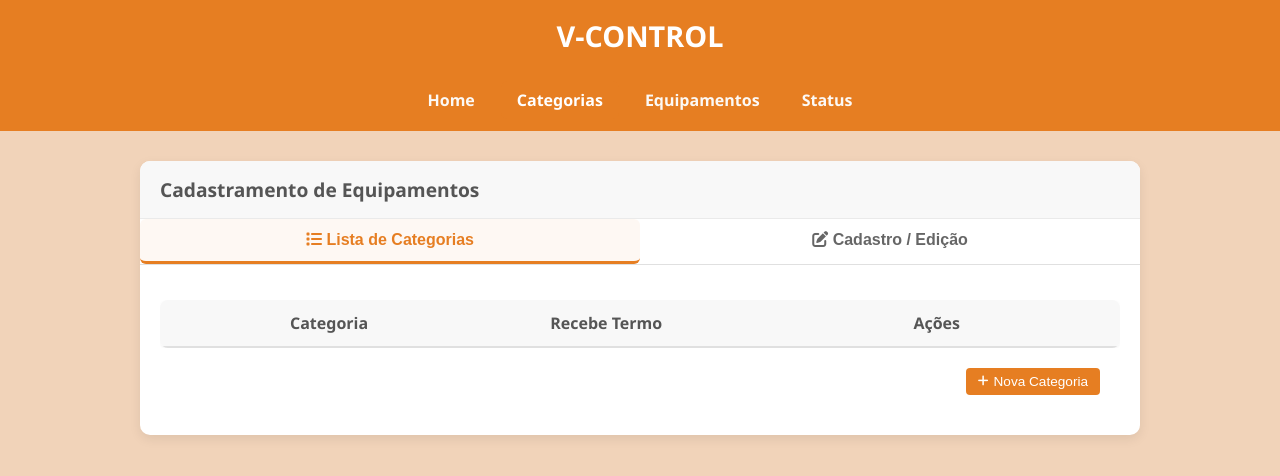
Repository: davyjales/inventario-TI
Page: categorias.html
These files come from the project's save history. The page is drawn as it stood at one moment and after the next save; the edit follows.
The browser window is 1280 px wide. The pictures show the whole page.
The page's requests for data from a server got no answer.

Above is the page before, as saved 2025-08-17 21:48:14.

### categorias.html
<!DOCTYPE html>
<html lang="pt-BR">
<head>
  <meta charset="UTF-8" />
  <meta name="viewport" content="width=device-width, initial-scale=1" />
  <title>V-CONTROL</title>
  <link rel="stylesheet" href="css/style.css" />
  <style>
    body {
      font-family: 'Segoe UI', Roboto, 'Helvetica Neue', sans-serif;
      background-color: #f5f7fa;
      margin: 0;
      padding: 0;
      color: #333;
    }

    /* Cabeçalho - mantido conforme o print */
    header {
      background-color: #e67e22;
      color: white;
      padding: 1rem;
      text-align: center;
    }
    header h1 {
      margin: 0;
      font-size: 1.8rem;
      font-weight: 600;
    }

    /* Navegação - mantida conforme o print */
    nav {
      display: flex;
      justify-content: center;
      background-color: #e67e22;
      border-bottom: 2px solid #e67e22;
      padding: 10px 0;
      gap: 10px;
    }
    nav a {
      text-decoration: none;
      color: #fcf9f6;
      font-weight: 600;
      padding: 8px 16px;
      border-radius: 6px;
      transition: all 0.3s ease;
    }
    nav a:hover,
    nav a.active {
      background-color: #e67e22;
      color: white;
    }

    /* Área principal */
    main {
      max-width: 1000px;
      margin: 30px auto;
      padding: 0;
      background: white;
      border-radius: 10px;
      box-shadow: 0 4px 12px rgba(0,0,0,0.08);
      overflow: hidden;
    }

    /* Título da seção */
    .section-title {
      padding: 15px 20px;
      margin: 0;
      background-color: #f8f8f8;
      border-bottom: 1px solid #eaeaea;
      font-size: 1.2rem;
      color: #555;
    }

    /* Tabs - design aprimorado */
    .tabs {
      display: flex;
      margin: 0;
      border-bottom: 1px solid #e0e0e0;
    }
    .tab-button {
      flex: 1;
      padding: 12px 20px;
      cursor: pointer;
      background-color: transparent;
      border: none;
      border-bottom: 3px solid transparent;
      font-weight: 600;
      color: #666;
      transition: all 0.3s ease;
      position: relative;
    }
    .tab-button.active {
      color: #e67e22;
      border-bottom-color: #e67e22;
      background-color: rgba(230, 126, 34, 0.05);
    }
    .tab-button:hover:not(.active) {
      color: #333;
      background-color: #f5f5f5;
    }

    /* Conteúdo das abas */
    .tab-content {
      display: none;
      padding: 20px;
    }
    .tab-content.active {
      display: block;
    }

    /* Tabela - design profissional */
    .table-container {
      overflow-x: auto;
      margin-top: 15px;
    }
    table {
      width: 100%;
      border-collapse: separate;
      border-spacing: 0;
      border-radius: 8px;
      overflow: hidden;
      box-shadow: 0 1px 3px rgba(0,0,0,0.05);
    }
    th {
      background-color: #f8f8f8;
      color: #555;
      font-weight: 600;
      border-bottom: 2px solid #e0e0e0;
      padding: 12px 15px;
    }
    th.categoria, td.categoria {
      text-align: left;
      padding-left: 150px;
    }
    th.recebe-termo, td.recebe-termo {
      text-align: left;
      padding-left: 70px;
    }
    th.acoes, td.acoes {
      text-align: right;
      padding-left: 150px;
      white-space: nowrap;
    }
    td {
      padding: 12px 15px;
      border-bottom: 1px solid #f0f0f0;
      vertical-align: middle;
    }
    tr:last-child td {
      border-bottom: none;
    }
    tr:hover {
      background-color: #f9f9f9;
    }
    tr:nth-child(even) {
      background-color: #fcfcfc;
    }
    tr:hover {
      background-color: #f5f5f5;
    }

    /* Botões de ação na tabela */
    .action-buttons {
      display: flex;
      gap: 8px;
    }
    .btn {
      padding: 6px 12px;
      border: none;
      border-radius: 4px;
      cursor: pointer;
      font-weight: 500;
      font-size: 0.85rem;
      transition: all 0.2s ease;
      display: inline-flex;
      align-items: center;
      gap: 5px;
    }
    .btn i {
      font-size: 0.9em;
    }
    .btn-primary {
      background-color: #e67e22;
      color: white;
    }
    .btn-primary:hover {
      background-color: #d35400;
      transform: translateY(-1px);
    }
    .btn-outline {
      background-color: transparent;
      border: 1px solid #ddd;
      color: #666;
    }
    .btn-outline:hover {
      background-color: #f5f5f5;
      color: #333;
    }
    .btn-danger {
      background-color: #e74c3c;
      color: white;
    }
    .btn-danger:hover {
      background-color: #c0392b;
    }

    /* Botão de nova categoria */
    .btn-add {
      margin-top: 20px;
      padding: 10px 20px;
      background-color: #e67e22;
      color: white;
      border: none;
      border-radius: 6px;
      font-weight: 600;
      cursor: pointer;
      transition: all 0.2s ease;
      display: inline-flex;
      align-items: center;
      gap: 8px;
    }
    .btn-add:hover {
      background-color: #d35400;
      box-shadow: 0 2px 8px rgba(230, 126, 34, 0.3);
    }

    /* Formulário */
    .form-container {
      max-width: 700px;
      margin: 0 auto;
      padding: 20px;
    }
    .form-header {
      margin-bottom: 20px;
      padding-bottom: 10px;
      border-bottom: 1px solid #eee;
    }
    .form-header h2 {
      margin: 0;
      color: #333;
    }
    form label {
      display: block;
      margin-bottom: 8px;
      font-weight: 500;
      color: #555;
    }
    form input[type="text"],
    form input[type="checkbox"],
    form textarea,
    form select {
      width: 100%;
      padding: 10px 12px;
      margin-bottom: 15px;
      border: 1px solid #ddd;
      border-radius: 4px;
      font-size: 0.95rem;
      transition: border 0.3s ease;
    }
    form input[type="text"]:focus,
    form textarea:focus,
    form select:focus {
      border-color: #e67e22;
      outline: none;
      box-shadow: 0 0 0 2px rgba(230, 126, 34, 0.2);
    }
    .checkbox-container {
      display: flex;
      align-items: center;
      gap: 10px;
      margin-bottom: 15px;
    }
    .checkbox-container input[type="checkbox"] {
      width: auto;
      margin: 0;
    }
    .form-actions {
      display: flex;
      justify-content: flex-end;
      gap: 10px;
      margin-top: 25px;
      padding-top: 15px;
      border-top: 1px solid #eee;
    }
    .form-section {
      margin-bottom: 25px;
      padding-bottom: 15px;
      border-bottom: 1px solid #f0f0f0;
    }
    .form-section h3 {
      margin-top: 0;
      color: #444;
    }

    /* Campos dinâmicos */
    .field-item {
      display: flex;
      gap: 10px;
      margin-bottom: 10px;
      align-items: center;
    }
    .field-item input {
      flex: 1;
    }
    .field-item button {
      background-color: #e74c3c;
      color: white;
      border: none;
      border-radius: 4px;
      padding: 5px 10px;
      cursor: pointer;
    }

    /* Responsividade */
    @media (max-width: 768px) {
      nav {
        flex-wrap: wrap;
        padding: 8px;
      }
      nav a {
        padding: 6px 12px;
        font-size: 0.9rem;
      }
      .tabs {
        flex-direction: column;
      }
      .tab-button {
        text-align: left;
        border-bottom: 1px solid #e67e22;
        border-left: 3px solid transparent;
      }
      .tab-button.active {
        border-left-color: #e67e22;
        border-bottom-color: #eee;
      }
    }

    /* Added styles for status-like buttons */
    .status-actions {
      display: flex;
      gap: 10px;
    }

    .status-btn {
      background: none;
      border: none;
      cursor: pointer;
      font-size: 16px;
      padding: 5px;
      border-radius: 4px;
      transition: all 0.2s;
      font-family: "Font Awesome 6 Free";
      font-weight: 900;
    }

    .status-btn:hover {
      background-color: rgba(0, 0, 0, 0.05);
    }

    .edit-btn {
      color: #b9610f;
      background-color: #f5e6d3;
    }

    .edit-btn:hover {
      background-color: #e6cfa8;
    }

    .delete-btn {
      color: #dc3545;
      background-color: #f8d7da;
    }

    .delete-btn:hover {
      background-color: #e4a1a8;
    }
  </style>
  <link rel="stylesheet" href="https://cdnjs.cloudflare.com/ajax/libs/font-awesome/6.0.0/css/all.min.css">
</head>
<body>
  <header>
    <h1>V-CONTROL</h1>
  </header>

  <nav>
    <a href="index.html">Home</a>
    <a href="categorias.html" class="active">Categorias</a>
    <a href="cadastroEquipamentos.html">Equipamentos</a>
    <a href="status.html">Status</a>
  </nav>

  <main>
    <h2 class="section-title">Cadastramento de Equipamentos</h2>

    <div class="tabs">
      <button class="tab-button active" data-tab="tab-lista">
        <i class="fas fa-list"></i> Lista de Categorias
      </button>
      <button class="tab-button" data-tab="tab-form">
        <i class="fas fa-edit"></i> Cadastro / Edição
      </button>
    </div>

    <section id="tab-lista" class="tab-content active">
      <div class="table-container">
        <table>
          <thead>
            <tr>
              <th style="text-align: left; padding-left: 130px;">Categoria</th>
              <th style="text-align: left; padding-left: 40px;">Recebe Termo</th>
              <th style="text-align: right; padding-right: 160px;">Ações</th>
            </tr>
          </thead>
          <tbody id="categorias-tbody">
            <!-- Exemplo de dados - serão substituídos pelo JavaScript -->
          </tbody>
        </table>
      </div>
      <div style="text-align: right; margin-top: 20px; padding: 0 20px 20px;">
        <button id="btn-nova-categoria" class="btn btn-primary">
          <i class="fas fa-plus"></i> Nova Categoria
        </button>
      </div>
    </section>

    <section id="tab-form" class="tab-content">
      <div class="form-container">
        <div class="form-header">
          <h2 id="form-titulo"><i class="fas fa-plus-circle"></i> Nova Categoria</h2>
        </div>
        <form id="categoria-form">
          <div class="form-section">
            <label for="nome-categoria">
              Categoria:
            </label>
            <input type="text" id="nome-categoria" name="nome" required
                  placeholder="Digite o nome da nova categoria"
                  style="width: 100%; padding: 10px; border-radius: 4px; border: 1px solid #ddd;">
          </div>

          <div class="form-section">
            <div class="checkbox-container">
              <input type="checkbox" id="recebe-termo" name="recebe_termo" />
              <label for="recebe-termo" style="margin: 0;">Recebe Termo</label>
            </div>
          </div>

          <div class="form-section">
            <h3><i class="fas fa-list-ul"></i> Campos da Categoria</h3>
            <div id="campos-container">
              <!-- Campos serão adicionados dinamicamente -->
            </div>
            <button type="button" id="btn-adicionar-campo" class="btn btn-outline" style="margin-top:10px;">
              <i class="fas fa-plus"></i> Adicionar Campo
            </button>
          </div>

          <div class="form-actions">
            <button type="button" id="btn-cancelar" class="btn btn-primary" style="min-width: 120px; height: 38px; margin-right: 10px; background-color: #e67e22; border-color: #e67e22; vertical-align: middle; margin-top: 23px;">
              <i class="fas fa-times"></i> Cancelar
            </button>
            <button type="submit" id="btn-salvar" class="btn btn-primary" style="min-width: 120px; height: 38px; vertical-align: middle;">
              <i class="fas fa-save"></i> Salvar
            </button>
          </div>
        </form>
      </div>
    </section>
  </main>

  <script src="js/cadastroCategorias.js"></script>
  <script src="js/cadastroCategoriasTabs.js"></script>
</body>
</html>

### css/style.css
/* Existing styles are preserved */

/* Styles for additional fields in category creation */
#campos-adicionais-container {
  margin-top: 10px;
}

.campo-adicional-item {
  display: flex;
  align-items: center;
  gap: 10px;
  margin-bottom: 5px;
}

.campo-adicional-item input[type="text"] {
  flex: 1;
  padding: 6px 8px;
  border: 1px solid #ccc;
  border-radius: 4px;
}

.campo-adicional-item input[type="checkbox"] {
  width: 18px;
  height: 18px;
  cursor: pointer;
}

#btn-adicionar-campo {
  background-color: #b9610f;
  color: white;
  border: none;
  padding: 5px 10px;
  border-radius: 4px;
  cursor: pointer;
}

#btn-adicionar-campo:hover {
  background-color: #a0500d;
}

.btn-remover-campo {
  background-color: #e74c3c;
  color: white;
  border: none;
  padding: 2px 8px;
  border-radius: 4px;
  cursor: pointer;
}

.btn-remover-campo:hover {
  background-color: #c0392b;
}

/* Styles for additional fields in equipment registration */
#campos-adicionais-equipamento > div {
  margin-bottom: 10px;
}

#campos-adicionais-equipamento label {
  font-weight: bold;
  display: block;
  margin-bottom: 4px;
}

#campos-adicionais-equipamento input[type="text"] {
  width: 100%;
  padding: 6px 8px;
    box-shadow: 0 2px 8px rgba(0, 0, 0, 0.2);
    position: relative;
    z-index: 1;
}

.page-section {
    display: none;
    font-family: 'Segoe UI', Tahoma, Geneva, Verdana, sans-serif;
    max-width: 1200px;
    margin: 20px auto;
    padding: 25px;
    background-color: #fff;
    border-radius: 10px;
    box-shadow: 0 4px 12px rgba(0, 0, 0, 0.08);
}

.page-section.active {
    display: block;
}

/* === RESET === */
body {
    font-family: Arial, sans-serif;
    margin: 0;
    padding: 0;
    background-color: #f4f4f4;
    /* background-image: url('../images/visteon-bg.jpg.jpg'); */
    background-size: cover;
    background-position: center;
    background-repeat: no-repeat;
    position: relative;
    z-index: 0;
}

body::before {
    content: "";
    position: fixed;
    top: 0;
    left: 0;
    width: 100%;
    height: 100%;
    background-color: rgba(230, 126, 34, 0.3);
    z-index: -1;
}

/* === HEADER === */
header {
    background-color: #e67e22;
    color: white;
    padding: 1rem;
    text-align: center;
}

.nav-menu {
    list-style: none;
    padding: 0;
    margin: 0;
    display: flex;
    justify-content: center;
    background-color: transparent;
}

.nav-menu li {
    margin: 0 1rem;
}

.nav-menu li a {
    color: white;
    text-decoration: none;
    font-weight: bold;
    padding: 0.5rem 1rem;
    border-radius: 4px;
    transition: background-color 0.3s ease;
}

.nav-menu li a.active,
.nav-menu li a:hover {
    background-color: #d35400;
}

/* === MAIN === */
main {
    max-width: 900px;
    margin: 2rem auto;
    padding: 1rem;
    background-color: rgba(255, 255, 255, 0.95);
    border-radius: 8px;
    box-shadow: 0 2px 8px rgba(0, 0, 0, 0.2);
    position: relative;
    z-index: 1;
}

.page-section {
    display: none;
}

.page-section.active {
    display: block;
}

/* === HOME === */
#home h2 {
    text-align: center;
    color: black;
}

.home-functions {
    display: flex;
    gap: 1rem;
    justify-content: center;
    margin-top: 2rem;
}

.home-functions button {
    padding: 1rem 2rem;
    font-size: 1rem;
    cursor: pointer;
    background-color: black;
    color: white;
    border: none;
    border-radius: 6px;
    transition: background-color 0.3s ease;
}

.home-functions button:hover {
    background-color: #333;
}

/* === EQUIPAMENTOS === */
.equipment-list {
    display: grid;
    grid-template-columns: repeat(auto-fill, minmax(250px, 1fr));
    gap: 1rem;
    margin-top: 1rem;
}

.equipment-list > div {
    background-color: #fff;
    padding: 1rem;
    border-radius: 6px;
    box-shadow: 0 1px 3px rgba(0, 0, 0, 0.1);
    cursor: pointer;
    transition: transform 0.2s, background-color 0.2s;
}

.equipment-list > div:hover {
    transform: translateY(-3px);
    background-color: #f9f9f9;
}

.equipment-list h3 {
    margin: 0 0 0.5rem;
    font-size: 1.1rem;
    color: #e67e22;
}

.equipment-list p {
    margin: 0;
    font-size: 0.9rem;
    color: #444;
}

.equipment-details {
    background-color: #fff;
    padding: 1rem;
    border-radius: 6px;
    box-shadow: 0 2px 6px rgba(0, 0, 0, 0.1);
}

.hidden {
    display: none;
}

/* === FORMULÁRIOS === */
form label {
    display: block;
    margin-top: 1rem;
    font-weight: bold;
    color: #333;
}

form input[type="text"],
form textarea,
form select,
form input[type="file"] {
    width: 100%;
    padding: 0.5rem;
    margin-top: 0.25rem;
    border: 1px solid #ccc;
    border-radius: 4px;
    box-sizing: border-box;
    background-color: white;
}

form button[type="submit"] {
    margin-top: 1.5rem;
    padding: 0.75rem 1.5rem;
    background-color: #e67e22;
    color: white;
    border: none;
    border-radius: 6px;
    cursor: pointer;
    font-size: 1rem;
}

form button[type="submit"]:hover {
    background-color: #d35400;
}

.termo-options {
    display: flex;
    gap: 2rem;
    margin-top: 0.5rem;
}

#categoria-lista {
    list-style: none;
    padding: 0;
    margin-top: 1rem;
}

#categoria-lista li {
    background-color: #fff;
    margin-bottom: 0.5rem;
    padding: 0.5rem 1rem;
    border-radius: 4px;
    box-shadow: 0 1px 3px rgba(0, 0, 0, 0.1);
}
#categoria-lista li span {
    font-weight: bold;
    color: #e67e22;
}

/* === TABELA DE USUÁRIOS === */
.user-table {
    width: 100%;
    border-collapse: collapse;
    margin-top: 2rem;
    background-color: #fff;
    box-shadow: 0 2px 6px rgba(0, 0, 0, 0.1);
    border-radius: 8px;
    overflow: hidden;
}

.user-table thead {
    background-color: #e67e22;
    color: white;
}

.user-table thead th {
    padding: 1rem;
    text-align: left;
    font-weight: bold;
    border-bottom: 2px solid #d35400;
}

.user-table tbody td  {
    padding: 0.75rem 0.75rem;
    border-bottom: 1px solid #eee;
    color: #333;
}

.user-table tbody tr:hover {
    background-color: #f9f9f9;
}

.user-table td .action-btn .checkbox{
    display: inline-flex;
    align-items: center;
    justify-content: center;
    margin: 0.2rem;
    padding: 0.75rem 0.75rem;
    font-size: 0.85rem;
    font-weight: bold;
    border: none;
    border-radius: 5px;
    cursor: pointer;
    color: white;
    transition: all 0.3s ease;
    min-width: 140px;
    text-align: center;
    box-shadow: 0 2px 4px rgba(0, 0, 0, 0.1);
}

.btn-admin {
    background-color: #3498db;
}
.btn-admin:hover {
    background-color: #2980b9;
}

.btn-auth {
    background-color: #27ae60;
}
.btn-auth:hover {
    background-color: #1e8449;
}

/*.btn-delete {
    background-color: #e74c3c;
}
.btn-delete:hover {
    background-color: #c0392b;
} */
.btn-inventariante {
  background-color: #f39c12;
}
.btn-inventariante:hover {
  background-color: #d68910;
}/*
.btn-password {
    background-color: #8e44ad;
}*/

.modal {
  position: fixed;
  top: 0; left: 0;
  width: 100vw; height: 100vh;
  background: rgba(0, 0, 0, 0.4);
  display: flex; justify-content: center; align-items: center;
  z-index: 999;
}
.modal-content {
  background: white;
  padding: 2rem;
  border-radius: 8px;
  max-width: 400px;
  width: 90%;
  box-shadow: 0 2px 10px rgba(0,0,0,0.3);
}
.modal-buttons {
  margin-top: 1rem;
  display: flex;
  gap: 1rem;
  justify-content: flex-end;
}
.hidden {
  display: none !important;
}

.centralizado {
  text-align: center;
  vertical-align: middle;
}

/* === NAVIGATION DROPDOWN MENU === */
.nav-dropdown {
  position: relative;
}

.dropdown-menu {
  position: absolute;
  top: 100%;
  left: 0;
  background-color: #e67e22;
  list-style: none;
  padding: 0.5rem 0;
  margin: 0;
  opacity: 0;
  visibility: hidden;
  transition: opacity 0.3s ease;
  border-radius: 0 0 6px 6px;
  min-width: 180px;
  z-index: 10;
}

.dropdown-menu li {
  margin: 0;
}

.dropdown-menu li a {
  display: block;
  padding: 0.5rem 1rem;
  color: white;
  text-decoration: none;
  font-weight: normal;
  transition: background-color 0.3s ease;
}

.dropdown-menu li a:hover {
  background-color: #d35400;
}

.nav-dropdown:hover .dropdown-menu {
  opacity: 1;
  visibility: visible;
}

/* ===== ESTILOS DA ABA DE HISTÓRICO ===== */

/* Controles de abas */
.tab-buttons {
  display: flex;
  margin: 20px 0 15px 0;
  border-bottom: 1px solid #ddd;
}

.tab-btn {
  padding: 10px 20px;
  background: #f5f5f5;
  border: none;
  border-radius: 5px 5px 0 0;
  cursor: pointer;
  margin-right: 5px;
  font-weight: 600;
  transition: all 0.3s ease;
}

.tab-btn:hover {
  background: #e0e0e0;
}

.tab-btn.active {
  background: #b9610f;
  color: white;
}

/* Abas */
.report-tab,
.history-tab {
  display: none;
}

.report-tab.active,
.history-tab.active {
  display: block;
}

/* Barra de pesquisa do histórico */
.history-search {
  display: flex;
  gap: 10px;
  margin-bottom: 15px;
  flex-wrap: wrap;
  align-items: center;
}

.history-search input,
.history-search select {
  padding: 8px 12px;
  border: 1px solid #ddd;
  border-radius: 4px;
  font-size: 14px;
}

.history-search button {
  padding: 8px 15px;
  background: #b9610f;
  color: white;
  border: none;
  border-radius: 4px;
  cursor: pointer;
  transition: background 0.3s;
}

/* Detalhes das alterações */
.change-details {
  font-size: 13px;
}

.change-details ul {
  margin: 0;
  padding-left: 18px;
}

.change-details li {
  margin-bottom: 3px;
}

/* Responsividade */
@media (max-width: 768px) {
  .history-search {
    flex-direction: column;
    align-items: stretch;
  }

  .history-search input,
  .history-search select,
  .history-search button {
    width: 100%;
  }

  .tab-buttons {
    overflow-x: auto;
    white-space: nowrap;
    display: block;
    padding-bottom: 5px;
  }

  .tab-btn {
    display: inline-block;
    margin-bottom: 5px;
  }
}

/* Estilos para listas editáveis */
.editable-list {
  list-style: none;
  padding: 0;
  margin: 0;
  width: 100%; /* Garante que a lista ocupe toda a largura */
}

/* Estilo para os itens da lista */
.editable-list li {
  display: flex;
  justify-content: space-between;
  align-items: center;
  padding: 12px 15px;
  margin-bottom: 8px;
  background-color: #f8f9fa;
  position: relative; /* Necessário para o pseudo-elemento */
  width: 100%; /* Ocupa toda a largura disponível */
  box-sizing: border-box; /* Inclui padding na largura total */
}

/* Borda lateral usando pseudo-elemento */
.editable-list li::before {
  content: '';
  position: absolute;
  left: 0;
  top: 0;
  bottom: 0;
  width: 3px;
  background-color: #b9610f;
  border-radius: 3px 0 0 3px;
}

/* Estilo para as ações (ícones) */
.editable-actions {
  display: flex;
  gap: 10px;
  margin-left: 10px;
}

/* Estilo para o container principal */

.editable-actions button {
  background: none;
  border: none;
  cursor: pointer;
  font-size: 16px;
  padding: 5px;
  border-radius: 4px;
  transition: all 0.2s;
}

.editable-actions button:hover {
  background-color: #f0f0f0;
}


/* Modal de edição */
.modal {
  position: fixed;
  top: 0;
  left: 0;
  width: 100%;
  height: 100%;
  background-color: rgba(0, 0, 0, 0.5);
  display: flex;
  justify-content: center;
  align-items: center;
  z-index: 1000;
}

.modal-content {
  background-color: white;
  padding: 25px;
  border-radius: 8px;
  width: 90%;
  max-width: 500px;
  max-height: 80vh;
  overflow-y: auto;
}

.modal-input {
  width: 100%;
  padding: 10px;
  margin: 10px 0;
  border: 1px solid #ddd;
  border-radius: 4px;
}

.modal-buttons {
  display: flex;
  justify-content: flex-end;
  gap: 10px;
  margin-top: 20px;
}

.btn-primary {
  background-color: #b9610f;
  color: white;
  border: none;
  padding: 8px 16px;
  border-radius: 4px;
  cursor: pointer;
}

.btn-cancel {
  background-color: #6c757d;
  color: white;
  border: none;
  padding: 8px 16px;
  border-radius: 4px;
  cursor: pointer;
}

.btn-add-field {
  background-color: #28a745;
  color: white;
  border: none;
  padding: 6px 12px;
  border-radius: 4px;
  cursor: pointer;
  margin-top: 10px;
  font-size: 14px;
}

.campo-adicional-item {
  display: flex;
  align-items: center;
  gap: 10px;
  margin-bottom: 10px;
  padding: 8px;
  background-color: #f8f9fa;
  border-radius: 4px;
}

.campo-adicional-item input[type="text"] {
  flex-grow: 1;
  padding: 6px;
  border: 1px solid #ddd;
  border-radius: 4px;
}

.campo-adicional-item .btn-remove-field {
  color: #dc3545;
  background: none;
  border: none;
  cursor: pointer;
}

.export-controls {
  margin: 15px 0;
  text-align: right;
}

.export-controls .btn-success {
  background-color: #28a745;
  color: white;
  border: none;
  padding: 8px 16px;
  font-size: 14px;
  border-radius: 4px;
  cursor: pointer;
  transition: background-color 0.3s ease;
}

.export-controls .btn-success:hover {
  background-color: #218838;
}


#cadastro-equipamentos {
  background: #fff;
  border-radius: 12px;
  padding: 25px 30px;
  max-width: 650px;
  margin: auto;
  box-shadow: 0px 4px 15px rgba(0,0,0,0.08);
}

#cadastro-equipamentos h2 {
  margin-bottom: 20px;
  font-size: 1.6rem;
  font-weight: 600;
  color: #333;
}

.form-group {
  display: flex;
  flex-direction: column;
  margin-bottom: 15px;
}

.form-group-inline {
  display: flex;
  align-items: center;
  gap: 15px;
  margin-bottom: 15px;
}

label {
  margin-bottom: 5px;
  font-weight: 500;
}

input[type="text"],
textarea,
select {
  padding: 8px 10px;
  border-radius: 6px;
  border: 1px solid #ccc;
  font-size: 0.95rem;
  transition: border-color 0.2s ease-in-out;
}

input[type="text"]:focus,
textarea:focus,
select:focus {
  border-color: #ff7a00;
  outline: none;
}

button {
  background: #ff7a00;
  color: #fff;
  padding: 10px 18px;
  border: none;
  border-radius: 6px;
  font-size: 1rem;
  cursor: pointer;
  transition: background 0.2s ease-in-out;
}

button:hover {
  background: #e96d00;
}

.hidden {
  display: none;
}

Loaded but not shown: js/cadastroCategorias.js (302 lines, source omitted); js/cadastroCategoriasTabs.js (106 lines, source omitted)

After the next save:
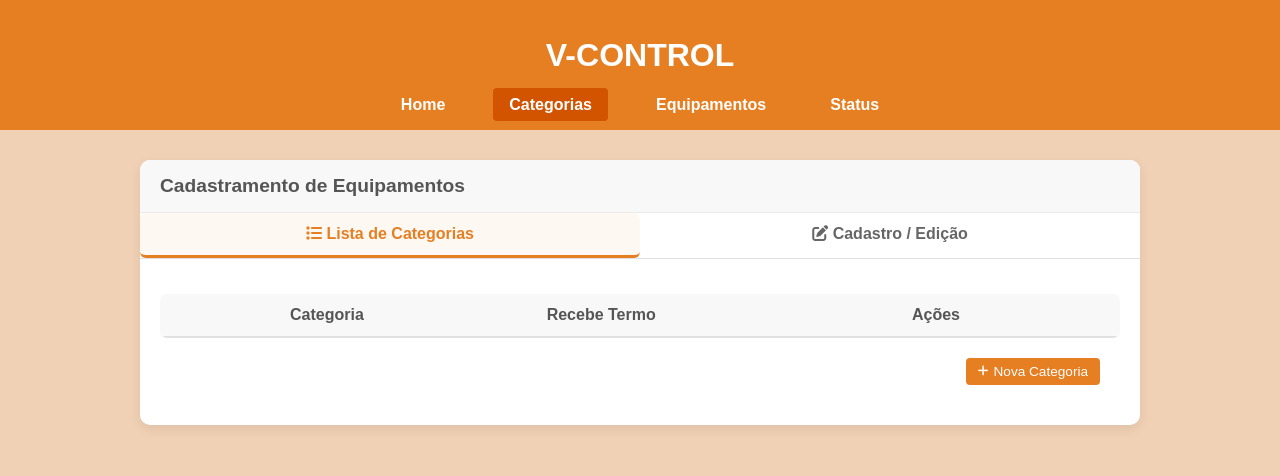
Saved 17 h 36 min later.
--- a/categorias.html
+++ b/categorias.html
@@ -6,50 +6,6 @@
   <title>V-CONTROL</title>
   <link rel="stylesheet" href="css/style.css" />
   <style>
-    body {
-      font-family: 'Segoe UI', Roboto, 'Helvetica Neue', sans-serif;
-      background-color: #f5f7fa;
-      margin: 0;
-      padding: 0;
-      color: #333;
-    }
-
-    /* Cabeçalho - mantido conforme o print */
-    header {
-      background-color: #e67e22;
-      color: white;
-      padding: 1rem;
-      text-align: center;
-    }
-    header h1 {
-      margin: 0;
-      font-size: 1.8rem;
-      font-weight: 600;
-    }
-
-    /* Navegação - mantida conforme o print */
-    nav {
-      display: flex;
-      justify-content: center;
-      background-color: #e67e22;
-      border-bottom: 2px solid #e67e22;
-      padding: 10px 0;
-      gap: 10px;
-    }
-    nav a {
-      text-decoration: none;
-      color: #fcf9f6;
-      font-weight: 600;
-      padding: 8px 16px;
-      border-radius: 6px;
-      transition: all 0.3s ease;
-    }
-    nav a:hover,
-    nav a.active {
-      background-color: #e67e22;
-      color: white;
-    }
-
     /* Área principal */
     main {
       max-width: 1000px;
@@ -380,14 +336,15 @@
 <body>
   <header>
     <h1>V-CONTROL</h1>
+    <nav>
+      <ul class="nav-menu">
+        <li><a href="index.html">Home</a></li>
+        <li><a href="categorias.html" class= "active">Categorias</a></li>
+        <li><a href="cadastroEquipamentos.html">Equipamentos</a></li>
+        <li><a href="status.html">Status</a></li>
+      </ul>
+    </nav>
   </header>
-
-  <nav>
-    <a href="index.html">Home</a>
-    <a href="categorias.html" class="active">Categorias</a>
-    <a href="cadastroEquipamentos.html">Equipamentos</a>
-    <a href="status.html">Status</a>
-  </nav>
 
   <main>
     <h2 class="section-title">Cadastramento de Equipamentos</h2>
